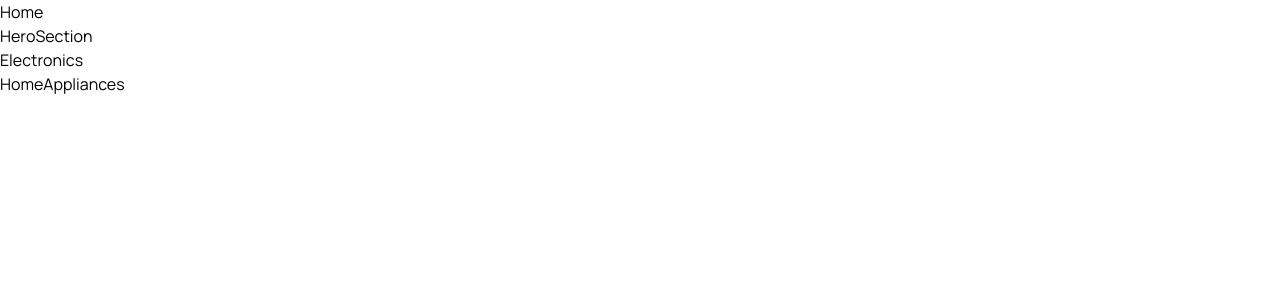
Repository: heyasif/logic-alchemist-5678
Page: /signup
These files come from the project's save history. The page is drawn as it stood at one moment and after a run of saves; the edit follows.
The browser window is 1280 px wide. The pictures show the whole page.
Some web fonts or font styles are not loaded; a fallback is used. The project was rebuilt for these pictures with package versions that can differ from the ones it lists, and the page was loaded fresh each time. Also part of the build but not shown: vite.config.js, vite.config.ts.

Above is the page before, as saved 2024-02-22 12:41:54.

### src/App.jsx
import { useState } from 'react'
import reactLogo from './assets/react.svg'
import viteLogo from '/vite.svg'
import './App.css'
import Home from './Rantu/Home'

function App() {
  const [count, setCount] = useState(0)

  return (
    <>
     <Home />
    </>
  )
}

export default App

### src/App.css
@import url("https://fonts.googleapis.com/css2?family=Manrope:wght@400;500;600;700;800&family=Open+Sans:wght@600;800&family=Rethink+Sans:wght@600&display=swap");

* {
  margin: 0;
  padding: 0;
  box-sizing: border-box;
}
body {
  font-family: "Manrope", sans-serif;
}

### src/Rantu/Home.jsx
import Electronics from "./Electronics";
import HeroSection from "./HeroSection";
import HomeAppliances from "./HomeAppliances";



const Home = () => {


    return (
        <div>
            <h1>Home</h1>
            <HeroSection />
            <Electronics />
            <HomeAppliances />
        </div>
    )




}
export default Home;

### src/Rantu/Electronics.jsx


export default function Electronics(){


    return(
        <div>
            <h1> Electronics </h1>
        </div>
    )
}

### src/Rantu/HeroSection.jsx


export default function HeroSection(){


    return(
        <div>
        <h1> HeroSection </h1>

        </div>
    )
}

### src/Rantu/HomeAppliances.jsx



export default function HomeAppliances(){


return (
    <div>
        <h1> HomeAppliances </h1>
    </div>
)



}

### tailwind.config.js
/** @type {import('tailwindcss').Config} */
export default {
  content: ["./index.html", "./src/**/*.{js,ts,jsx,tsx}"],
  theme: {
    extend: {
      colors: {
        primeGreen: "#2f4e44",
        buttonGreen: "#658a71",
        bodyColor: "#fafaf1",
      },
    },
  },
  plugins: [],
};

Loaded but not shown: index.html (common file); src/main.jsx (common file); src/index.css (common file)

After the next 2 saves:
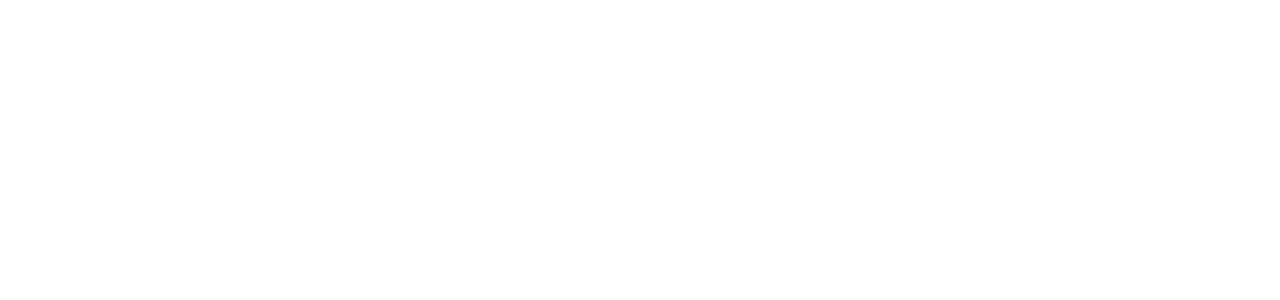
Console error: ReferenceError: ChakraProvider is not defined
The 2 saves are shown as one change because 1 did not build or start.
The last was saved 61 s later.
--- a/src/App.jsx
+++ b/src/App.jsx
@@ -1,17 +1,17 @@
-import { useState } from 'react'
-import reactLogo from './assets/react.svg'
-import viteLogo from '/vite.svg'
-import './App.css'
-import Home from './Rantu/Home'
+import { useState } from "react";
+import reactLogo from "./assets/react.svg";
+import viteLogo from "/vite.svg";
+import "./App.css";
+import Home from "./Rantu/Home";
 
 function App() {
-  const [count, setCount] = useState(0)
+  const [count, setCount] = useState(0);
 
   return (
-    <>
-     <Home />
-    </>
-  )
+    <ChakraProvider>
+      <Home />
+    </ChakraProvider>
+  );
 }
 
-export default App
+export default App;

After the save that followed:
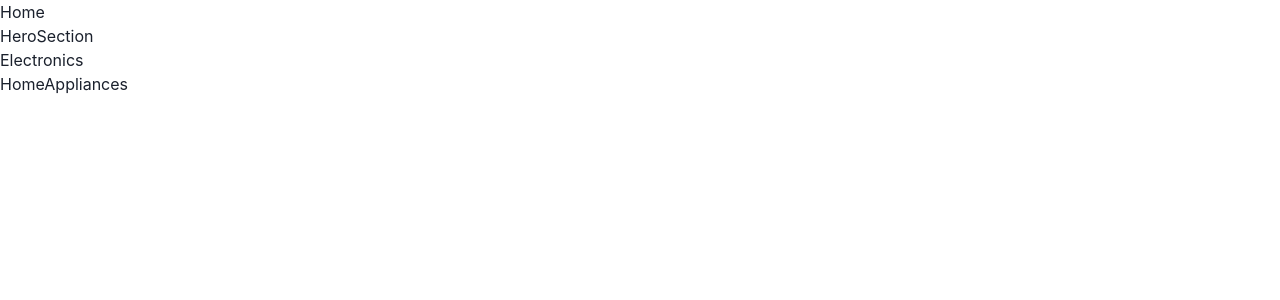
The error is gone.
Saved 92 s later.
--- a/src/App.jsx
+++ b/src/App.jsx
@@ -3,6 +3,7 @@
 import viteLogo from "/vite.svg";
 import "./App.css";
 import Home from "./Rantu/Home";
+import { ChakraProvider } from "@chakra-ui/react";
 
 function App() {
   const [count, setCount] = useState(0);
